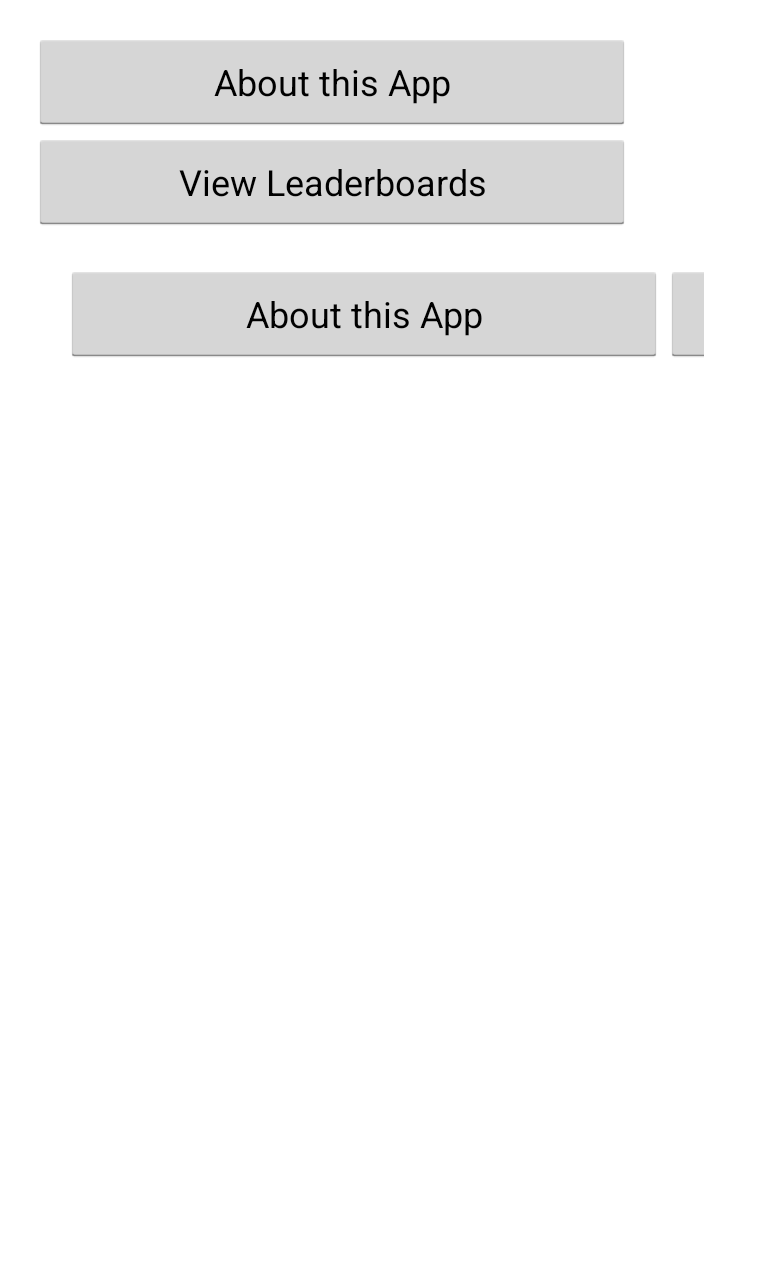
Repository: colincove/IAT381-Android
Layout: UrbanWarLeaderboards/res/layout/activity_title_screen.xml
The author's editor kept a copy of each file at every save. The layout is drawn from the files as they stood at one save, then again after the next save.
It is drawn on a 768 x 1280 px phone screen (xhdpi) without system bars, with theme AppTheme; the app's code is not run.

Above is the layout before, as saved 2013-09-06 16:09:22.

After the next save:
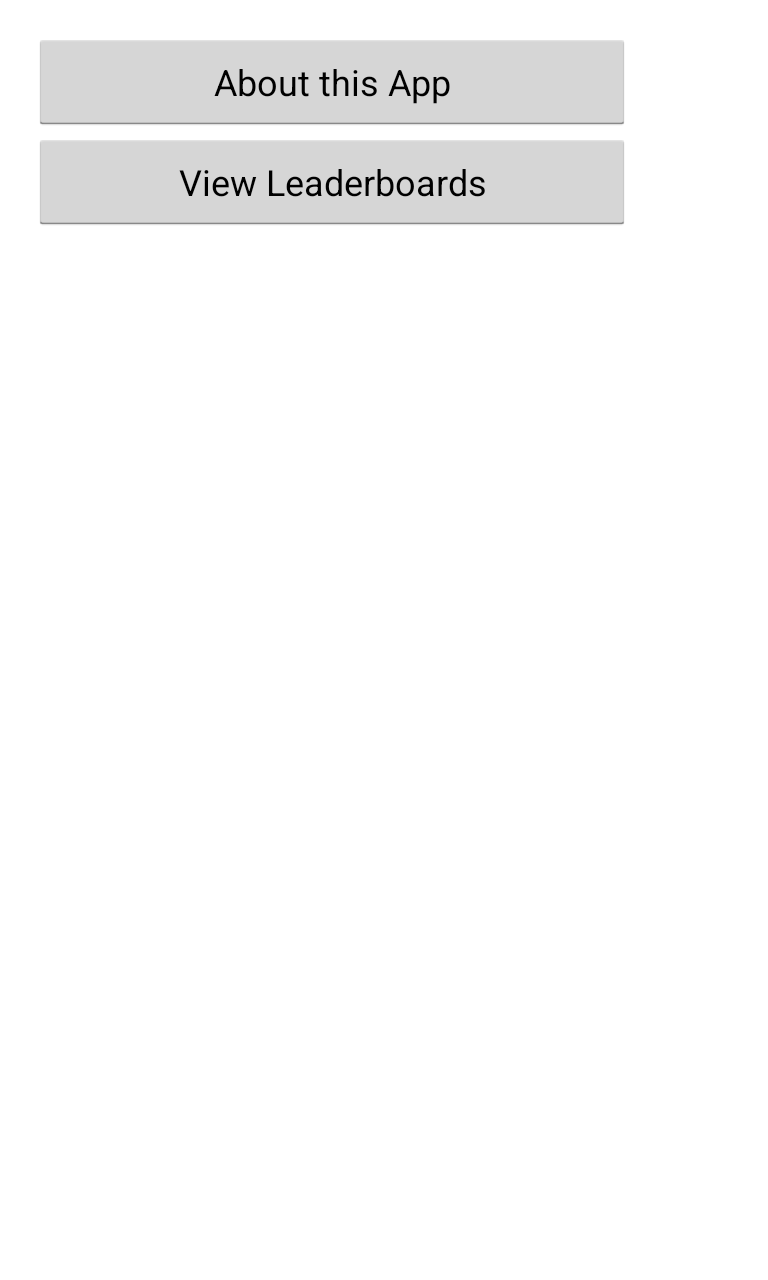
Saved 5 min 33 s later.
--- a/UrbanWarLeaderboards/res/layout/activity_title_screen.xml
+++ b/UrbanWarLeaderboards/res/layout/activity_title_screen.xml
@@ -11,29 +11,11 @@
 
 		<Button
 		    android:text="@string/about"
-		    android:layout_width="300dp"
-		    android:layout_height="50dp" />
+		    android:layout_width="@dimen/menu_btn_w"
+		    android:layout_height="@dimen/menu_btn_h" />
 		<Button
 		    android:text="@string/view_leaderboards"
 		    android:layout_width="@dimen/menu_btn_w"
 		    android:layout_height="@dimen/menu_btn_h" />
-		<LinearLayout
-    android:orientation="horizontal"
-    android:layout_width="match_parent"
-    android:layout_height="match_parent"
-    android:paddingBottom="@dimen/activity_vertical_margin"
-    android:paddingLeft="@dimen/activity_horizontal_margin"
-    android:paddingRight="@dimen/activity_horizontal_margin"
-    android:paddingTop="@dimen/activity_vertical_margin"
-    tools:context=".TitleScreenActivity" >
-    <Button
-		    android:text="@string/about"
-		    android:layout_width="300dp"
-		    android:layout_height="50dp" />
-		<Button
-		    android:text="@string/view_leaderboards"
-		    android:layout_width="@dimen/menu_btn_w"
-		    android:layout_height="@dimen/menu_btn_h" />
-		</LinearLayout>
 
 </LinearLayout>
